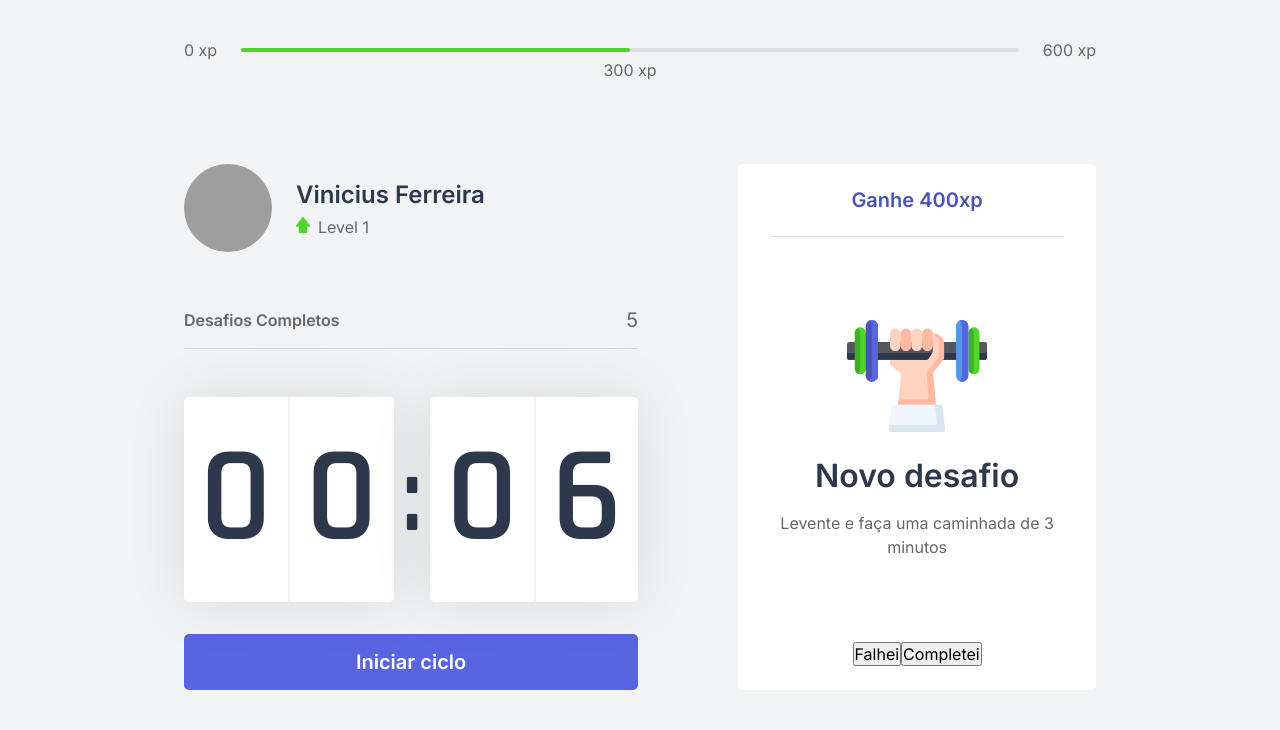
Repository: viniciusfg05/nlwFocus
Page: /
An editor plug-in stored every save of this project. The page is shown before and after the next save, followed by the edit.
The browser window is 1280 px wide. The pictures show the whole page.
Pictures or frames that could not be fetched are drawn as grey boxes. The project was rebuilt for these pictures with package versions that can differ from the ones it lists, and the page was loaded fresh each time. The framework's server and built-in components were replaced by stand-ins that run in the browser.

Above is the page before, as saved 2022-02-28 14:02:53.

After the next save:
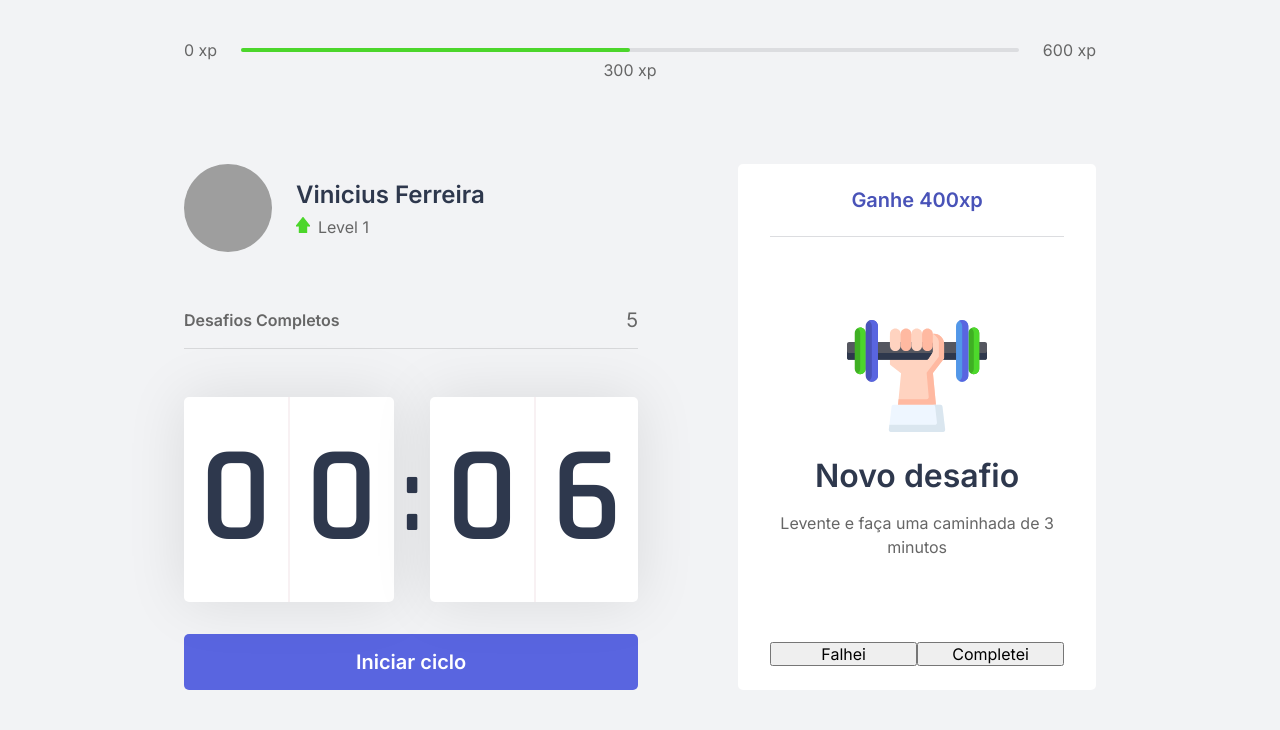
Saved 75 s later.
--- a/src/styles/components/ChallegesBox.module.css
+++ b/src/styles/components/ChallegesBox.module.css
@@ -68,3 +68,8 @@
 .ChallegesBoxActive main p {
   line-height: 1.5rem;
 }
+
+.ChallegesBoxActive footer {
+  display: grid;
+  grid-template-columns: 1fr 1fr;
+}
